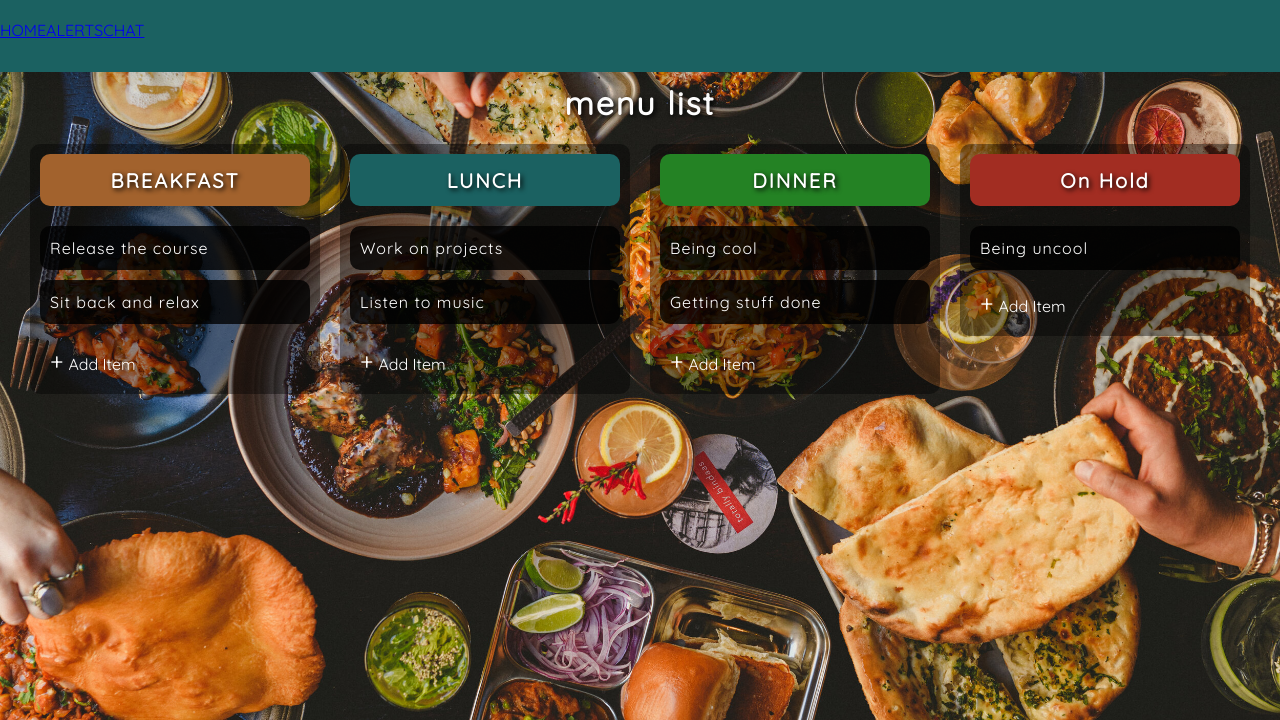
Repository: Anasooya2601/drag-and-drop
Page: index.html
The author's editor kept a copy of each file at every save. The page is drawn from the files as they stood at one save, then again after the next save.
The browser window is 1280 px wide. The pictures show the whole page.

Above is the page before, as saved 2021-02-15 20:04:20.

After the next save:
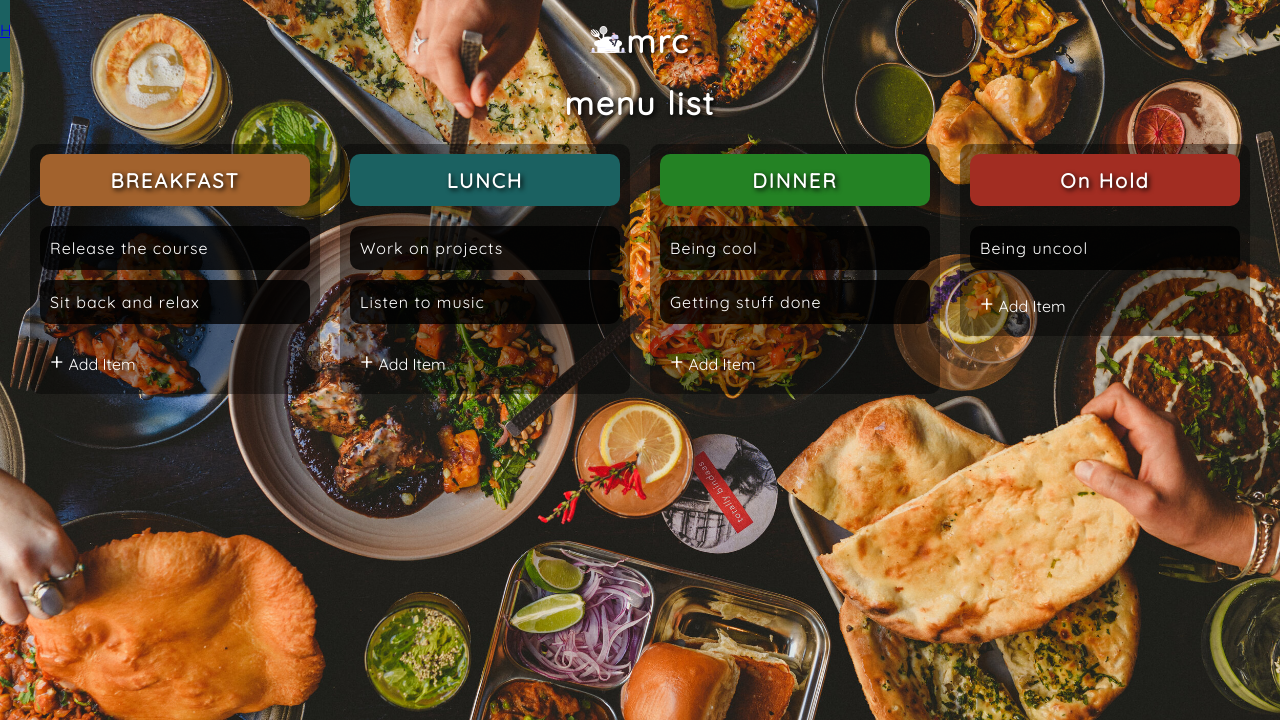
Saved 94 s later.
--- a/style.css
+++ b/style.css
@@ -28,7 +28,7 @@
   display:flex;
   background:#1b6161;
   height:10%;
-  width: 100%;
+  width: 10px;
   line-height:60px;
   overflow: hidden;
   box-shadow:0 0 40px rgba(0, 0, 0, 0.2);

After the 2 saves that followed:
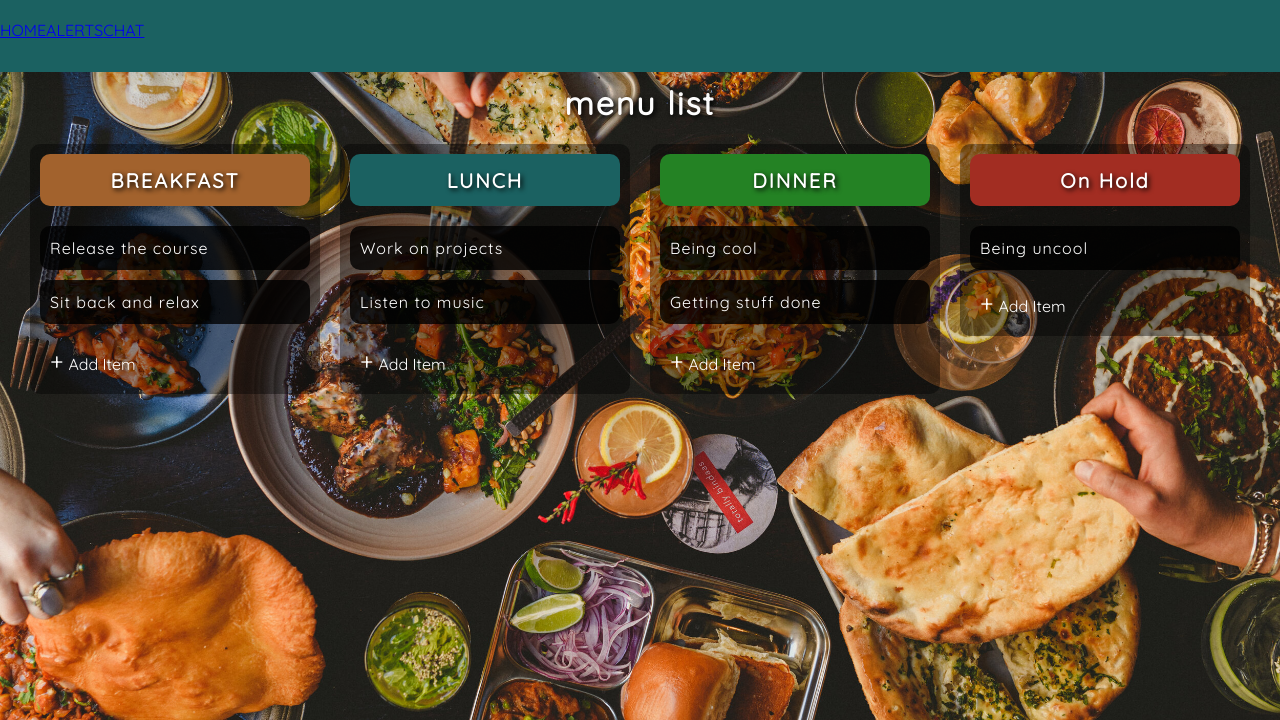
The 2 saves are shown as one change because they came seconds apart.
The last was saved 7 s later.
--- a/style.css
+++ b/style.css
@@ -28,7 +28,7 @@
   display:flex;
   background:#1b6161;
   height:10%;
-  width: 10px;
+  width: 100%;
   line-height:60px;
   overflow: hidden;
   box-shadow:0 0 40px rgba(0, 0, 0, 0.2);
